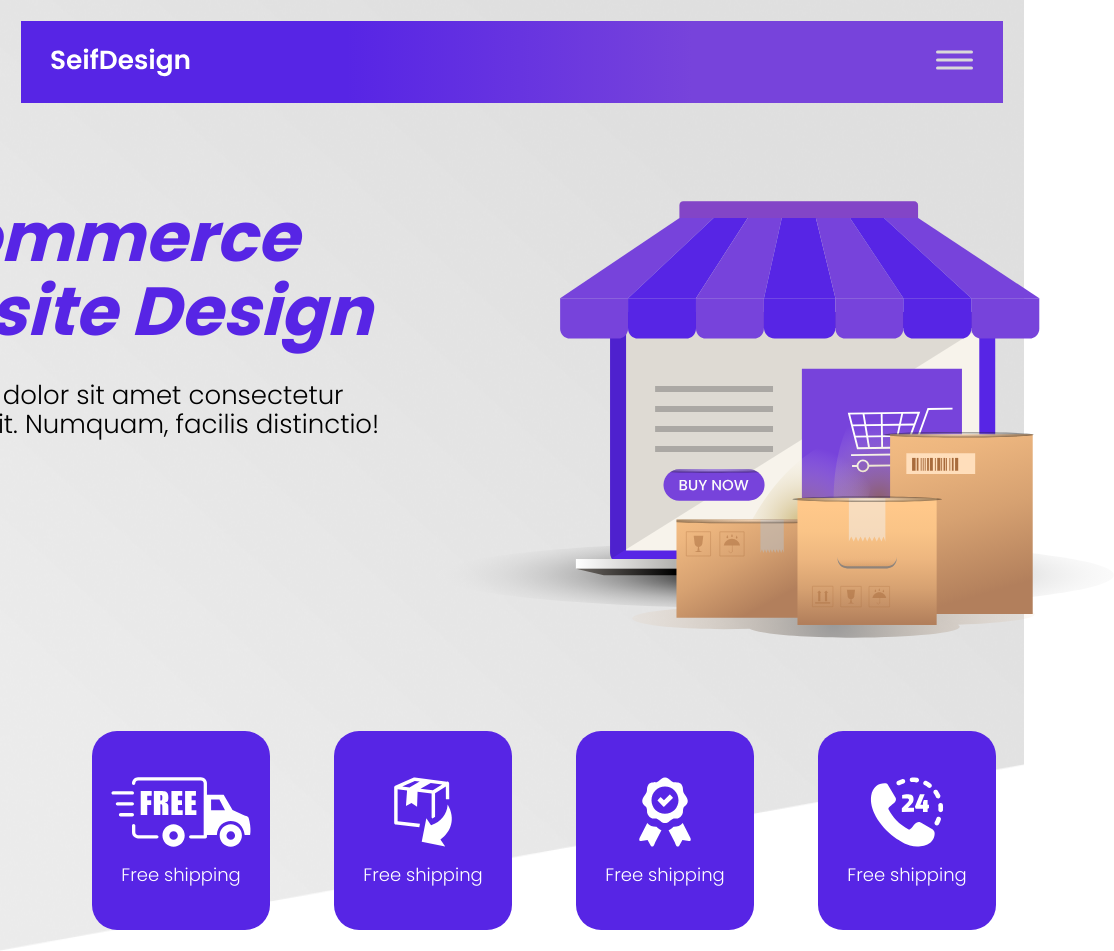
Repository: simralgasimov/newpage
Page: index.html
These files come from the project's save history. The page is drawn as it stood at one moment and after the next save; the edit follows.
The browser window is 1024 px wide. The page is 1114 px wide, so the pictures cover 1114 px, including what lies to the right of the window. The pictures show the whole page.
The style sheet was rebuilt from its Sass, Less or Tailwind sources for each picture, by a compiler version that may differ from the author's.

Above is the page before, as saved 2023-12-13 15:04:40.
Not found: index.js

After the next save:
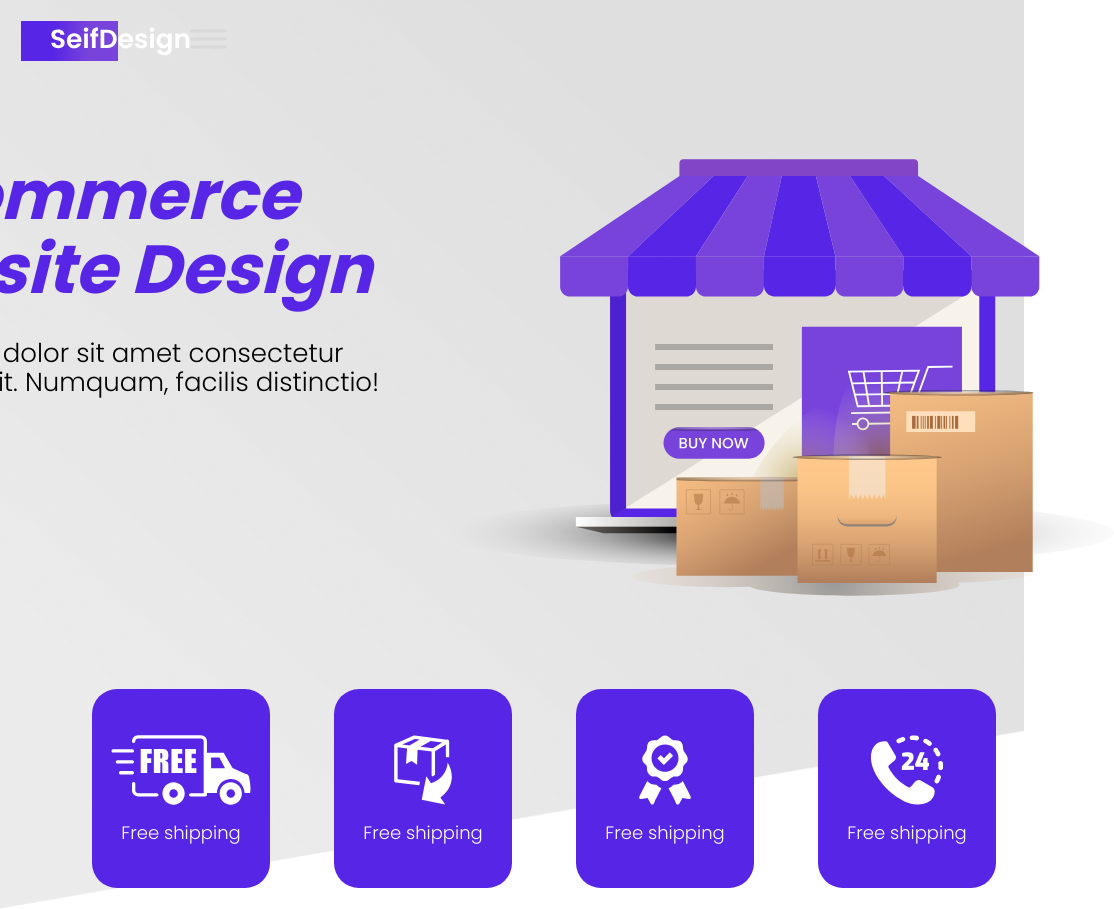
Saved 12 s later.
--- a/index.scss
+++ b/index.scss
@@ -30,12 +30,11 @@
     .logo-img {
       width: 139px;
       height: 39px;
-      /* @media screen and (max-width: 1024px) {
-        width: 97px;
-        height: 27px;
-      } */
     }
-
+    @media screen and (max-width: 1024px) {
+      width: 97px;
+      height: 27px;
+    }
     ul {
         display: flex;
         margin-left: 200px;

After the save that followed:
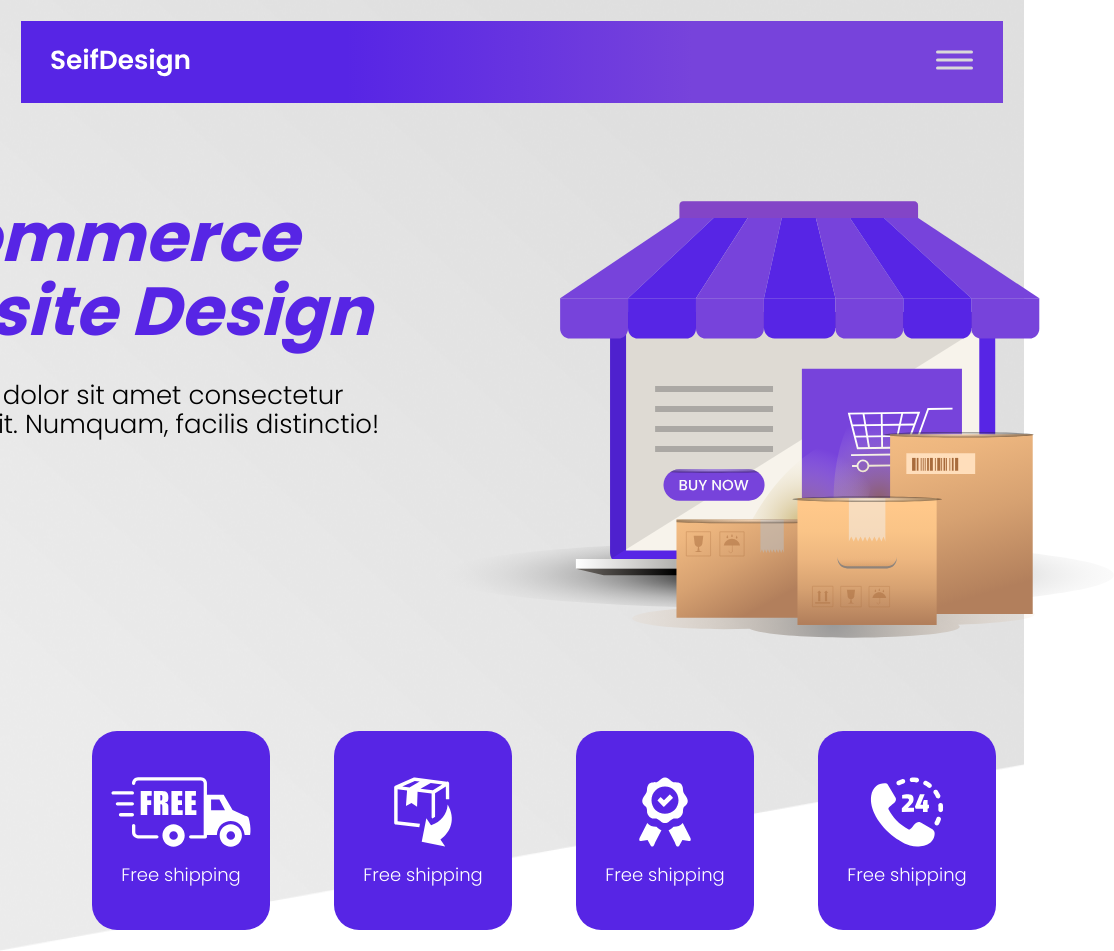
Saved 21 s later.
--- a/index.scss
+++ b/index.scss
@@ -31,10 +31,7 @@
       width: 139px;
       height: 39px;
     }
-    @media screen and (max-width: 1024px) {
-      width: 97px;
-      height: 27px;
-    }
+
     ul {
         display: flex;
         margin-left: 200px;
